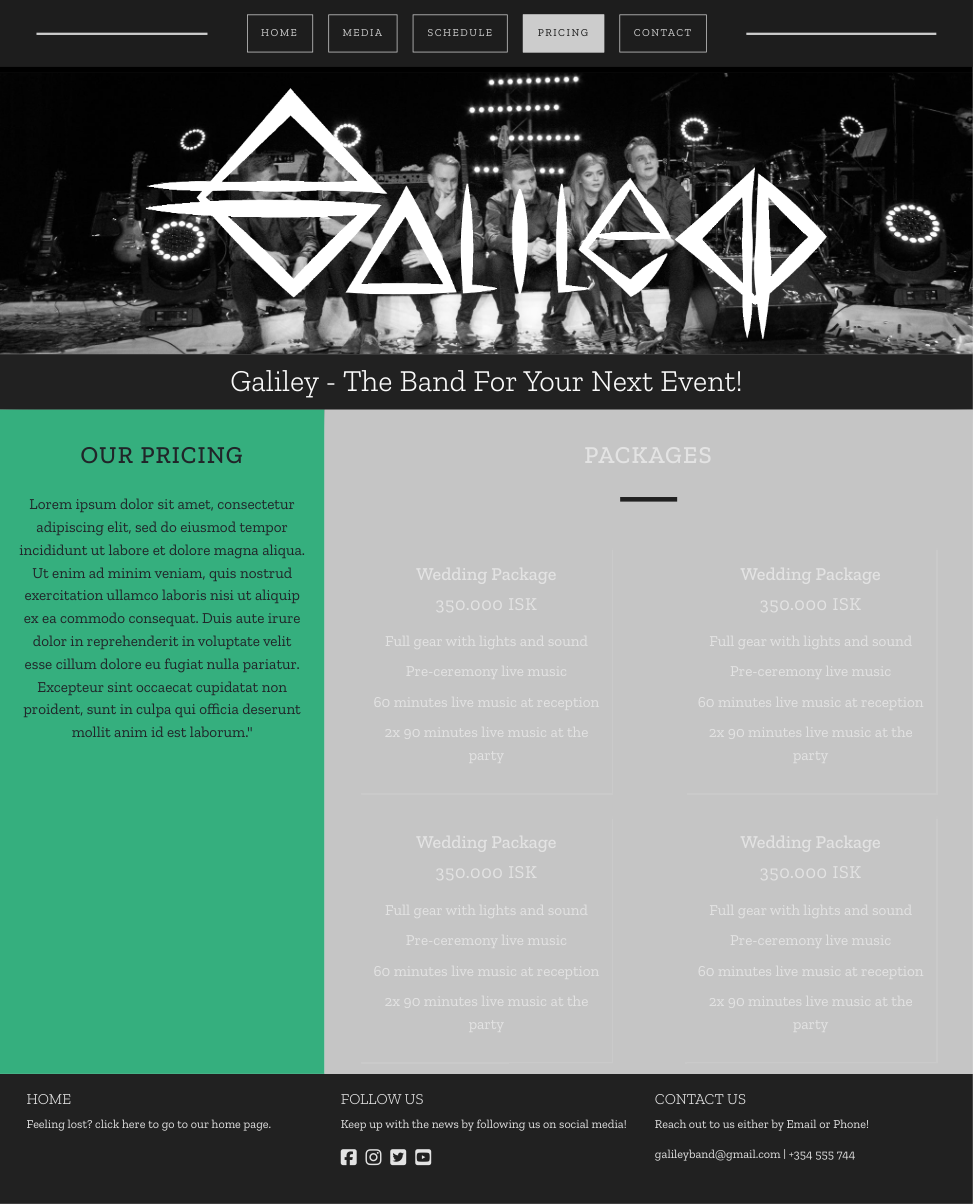
Repository: HeimirDavid/Galiley-Website
Page: pricing.html
The author's editor kept a record of every edit. The page is drawn from the files as they stood at one moment, then again after the next edit.
The browser window is 1280 px wide. The pictures show the whole page, at 76% of full size.
Some web libraries are served in a nearby version.

Above is the page before.

After the next edit:
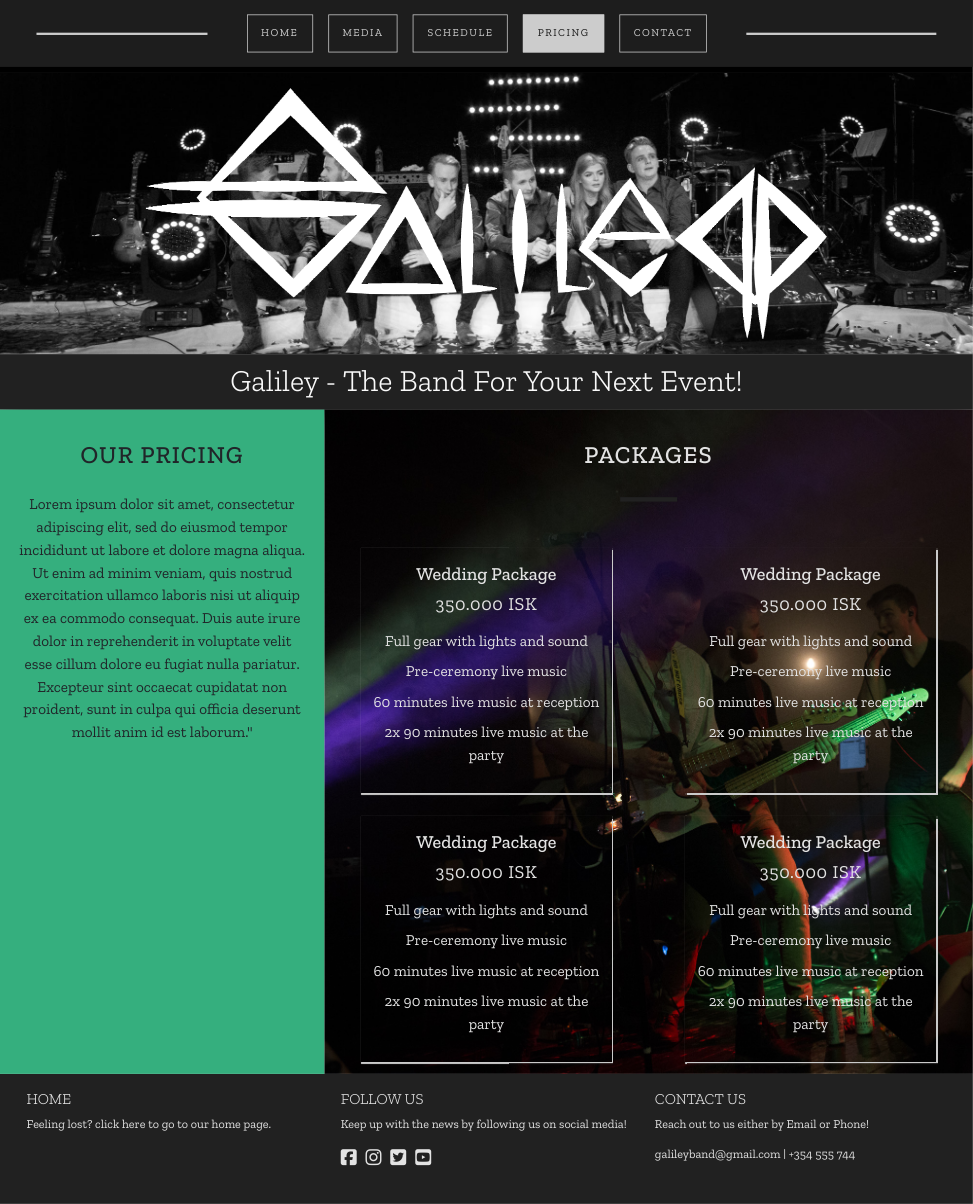
The edit:
--- a/pricing.html
+++ b/pricing.html
@@ -81,7 +81,7 @@
                     non proident, sunt in culpa qui officia deserunt mollit anim id est laborum."</p>
                 </div>
             </div>
-            <div class="col-md-8 grey-color">
+            <div class="col-lg-8 grey-color" id="packages-img">
                 <div class="row package-header-row">
                     <div class="col text-center">
                         <h2 class="header-h2 uppercase">Packages</h2>
